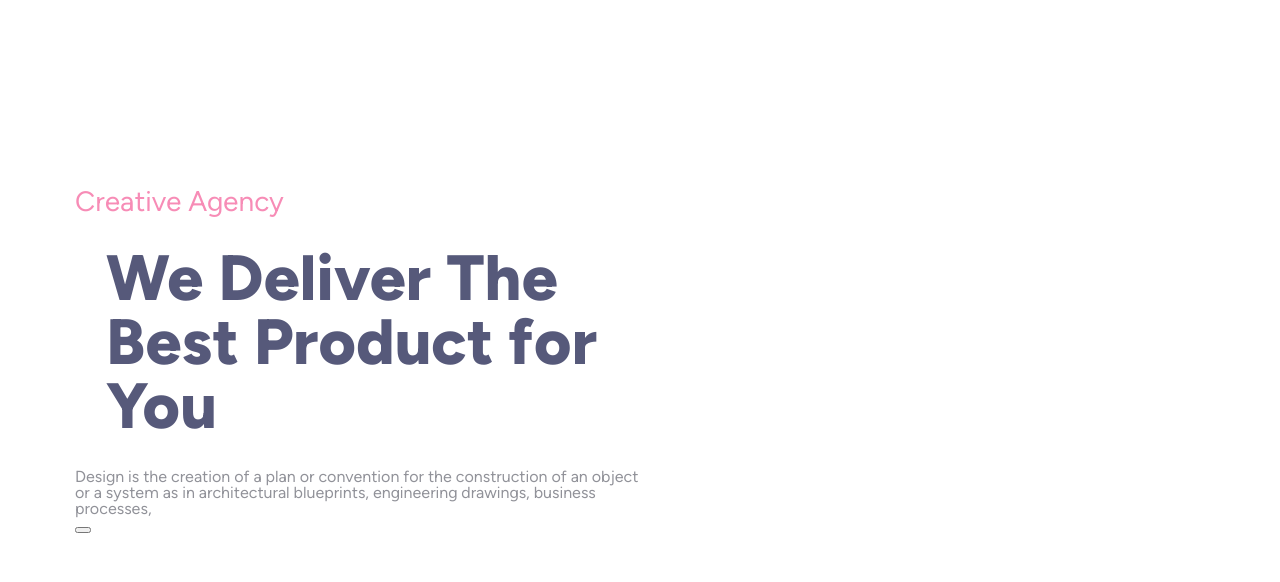
Repository: ArusyakAghajanyan/MirageFigma
Page: Figma/index.html
An editor plug-in stored every save of this project. The page is shown before and after a run of saves, followed by the edit.
The browser window is 1280 px wide. The pictures show the whole page.

Above is the page before, as saved 2022-08-11 13:09:38.

After the next 3 saves:
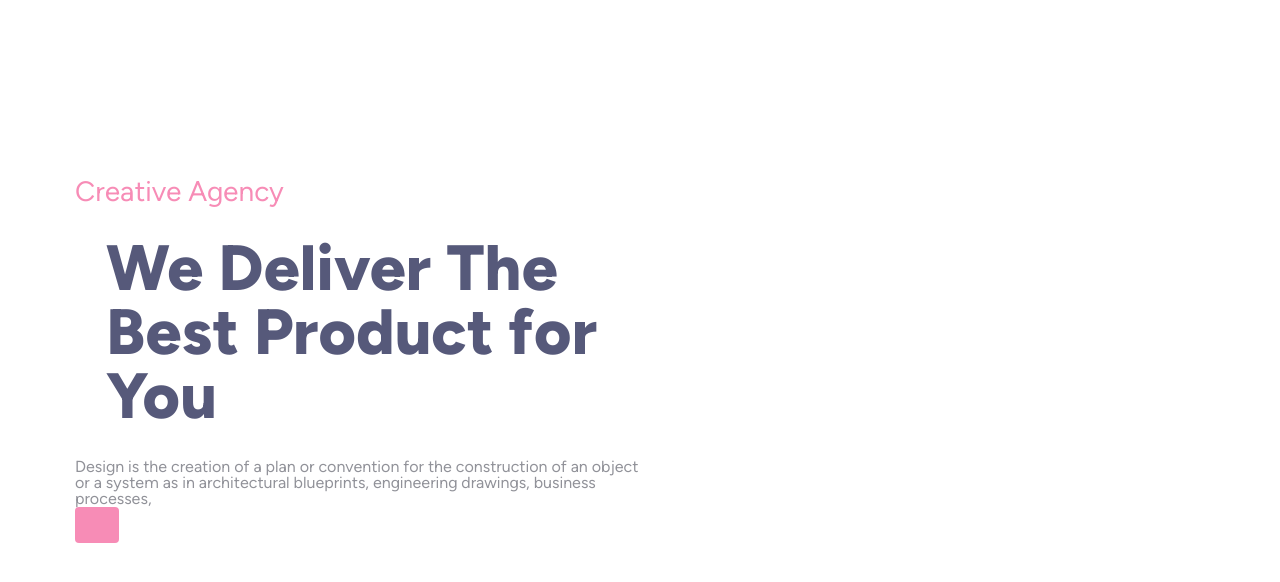
The 3 saves are shown as one change because they came seconds apart.
The last was saved 46 s later.
--- a/Figma/index.html
+++ b/Figma/index.html
@@ -27,7 +27,7 @@
                     <p class="intro__details">
                         Design is the creation of a plan or convention for the construction of an object or a system as in architectural blueprints, engineering drawings, business processes,
                     </p>
-                    <button "intro__button base-button base-button-hover base-button--primary"></button>
+                    <button class="intro__button base-button base-button-hover base-button--primary"></button>
                    </div>
                    <div class="intro__image">
 
